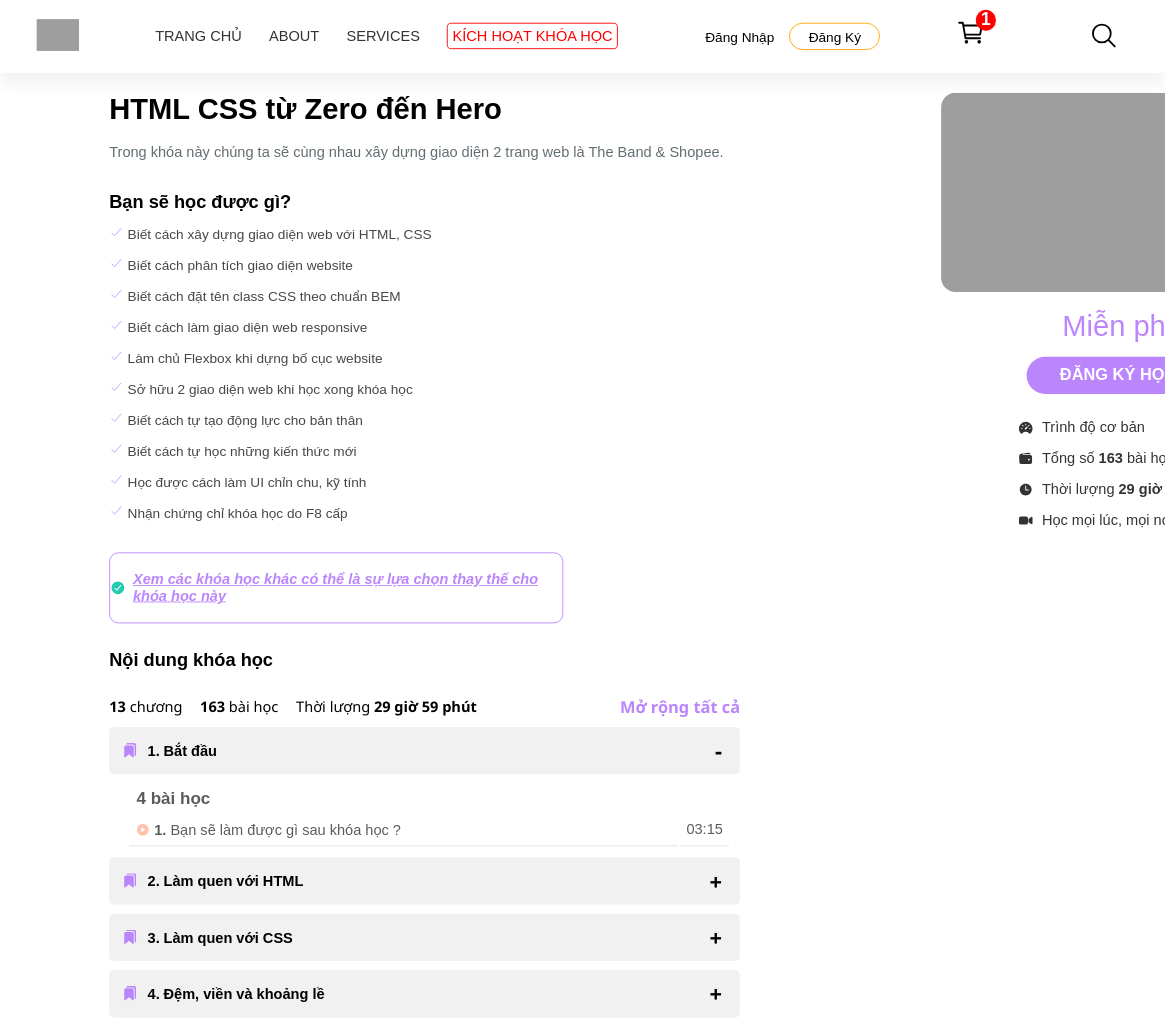
Repository: hoanghuuphuc/hoanghuuphuc
Page: details.html
The author's editor kept a copy of each file at every save. The page is drawn from the files as they stood at one save, then again after the next save.
The browser window is 1280 px wide. The pictures show the whole page, at 91% of full size.
Empty fields were first filled with sample values (such as "Sample", 5 or name@example.com).
After loading, the first visible `div.contentBx` was clicked once.
Pictures or frames that could not be fetched are drawn as grey boxes.

Above is the page before, as saved 2022-12-12 01:10:53.
Console error: TypeError: Cannot read properties of null (reading 'style')

### details.html
<!DOCTYPE html>
<html lang="en">
  <head>
    <meta charset="UTF-8" />
    <meta http-equiv="X-UA-Compatible" content="IE=edge" />
    <meta name="viewport" content="width=device-width, initial-scale=1.0" />
    <title>Product-Details</title>
    <link rel="stylesheet" href="./style.css" />
    <link rel="stylesheet" href="./rps_mobile.css" />
    <link rel="preconnect" href="https://fonts.gstatic.com" />
  </head>
  <body>
    <header>
      <div class="logo">
        <a href="">
          <img id="img" src="./Img/logene.jfif" alt="" />
        </a>
      </div>
      <div class="group">
        <ul class="navigation">
          <li><a href="">Trang Chủ</a></li>
          <li><a href="">About</a></li>
          <li><a href="">Services</a></li>
          <li><a id="active" href="">Kích Hoạt Khóa Học</a></li>
        </ul>
      </div>
      <div class="User">
        <div class="but">
          <button>Đăng Nhập</button>
          <button>Đăng Ký</button>
        </div>
      </div>
      <div class="icons">
        <ion-icon name="cart-outline"></ion-icon>
        <span>1</span>
      </div>
      <div class="search">
        <span class="icon">
          <ion-icon name="search-outline" class="searchBtn"></ion-icon>
          <ion-icon name="close-outline" class="closeBtn"></ion-icon>
        </span>
      </div>
      <ion-icon name="menu-outline" class="menuToggle"></ion-icon>
      <div class="searchBox">
        <input type="text" placeholder="Search here . . ." />
      </div>
    </header>
    <div class="details-section">
      <div class="details-left">
        <div class="details-left-name">
          <h1>HTML CSS từ Zero đến Hero</h1>
          <span
            >Trong khóa này chúng ta sẽ cùng nhau xây dựng giao diện 2 trang web
            là The Band & Shopee.</span
          >
        </div>
        <span class="bonus">Bạn sẽ học được gì?</span>
        <div class="details-left-content">
          <ul>
            <li>
              <ion-icon name="checkmark-outline"></ion-icon>
              Biết cách xây dựng giao diện web với HTML, CSS
            </li>
            <li>
              <ion-icon name="checkmark-outline"></ion-icon>
              Biết cách phân tích giao diện website
            </li>
            <li>
              <ion-icon name="checkmark-outline"></ion-icon>
              Biết cách đặt tên class CSS theo chuẩn BEM
            </li>
            <li>
              <ion-icon name="checkmark-outline"></ion-icon>
              Biết cách làm giao diện web responsive
            </li>
            <li>
              <ion-icon name="checkmark-outline"></ion-icon>
              Làm chủ Flexbox khi dựng bố cục website
            </li>
          </ul>
          <ul>
            <li>
              <ion-icon name="checkmark-outline"></ion-icon>
              Sở hữu 2 giao diện web khi học xong khóa học
            </li>
            <li>
              <ion-icon name="checkmark-outline"></ion-icon>
              Biết cách tự tạo động lực cho bản thân
            </li>
            <li>
              <ion-icon name="checkmark-outline"></ion-icon>
              Biết cách tự học những kiến thức mới
            </li>
            <li>
              <ion-icon name="checkmark-outline"></ion-icon>
              Học được cách làm UI chỉn chu, kỹ tính
            </li>
            <li>
              <ion-icon name="checkmark-outline"></ion-icon>
              Nhận chứng chỉ khóa học do F8 cấp
            </li>
          </ul>
        </div>
        <div class="details-left-tag">
          <ion-icon name="checkmark-circle"></ion-icon>
          <a href="#">
            Xem các khóa học khác có thể là sự lựa chọn thay thế cho khóa học
            này
          </a>
        </div>
        <span class="cont">Nội dung khóa học</span>
        <div class="details-left-content-2">
          <div class="details-left-content-header1">
            <span class="sp"><strong>13</strong> chương</span>
            <span class="sp"><strong>163</strong> bài học</span>
            <span class="sp">Thời lượng <strong>29 giờ 59 phút</strong></span>
          </div>
          <div class="details-left-content-header2">
            <span class="all">Mở rộng tất cả</span>
          </div>
        </div>
        <div class="accordion">
          <div class="contentBx">
            <div class="accordion-label">
              <ion-icon name="bookmarks"></ion-icon>
              <strong>1.</strong>
              <span>Bắt đầu</span>
            </div>
            <div class="accordion-content">
              <div class="accordion-content">
                <h3 style="padding: 15px 10px 5px 10px">4 bài học</h3>
                <table>
                  <tr>
                    <td>
                      <ion-icon name="play-circle"></ion-icon>
                      <span
                        ><strong>1. </strong>Bạn sẽ làm được gì sau khóa học
                        ?</span
                      >
                    </td>
                    <td>03:15</td>
                  </tr>
                </table>
              </div>
            </div>
          </div>
          <div class="contentBx">
            <div class="accordion-label">
              <ion-icon name="bookmarks"></ion-icon>
              <strong>2.</strong>
              <span>Làm quen với HTML</span>
            </div>
            <div class="accordion-content">
              <div class="accordion-content">
                <h3 style="padding: 5px 10px">13 bài học</h3>
                <table>
                  <tr>
                    <td>
                      <ion-icon name="play-circle"></ion-icon>
                      <span
                        ><strong>1. </strong>Bạn sẽ làm được gì sau khóa học
                        ?</span
                      >
                    </td>
                    <td>06:20</td>
                  </tr>
                </table>
              </div>
            </div>
          </div>
          <div class="contentBx">
            <div class="accordion-label">
              <ion-icon name="bookmarks"></ion-icon>
              <strong>3.</strong>
              <span>Làm quen với CSS</span>
            </div>
            <div class="accordion-content">
              <div class="accordion-content">
                <h3 style="padding: 5px 10px">27 bài học</h3>
                <table>
                  <tr>
                    <td>
                      <ion-icon name="play-circle"></ion-icon>
                      <span
                        ><strong>1. </strong>Bạn sẽ làm được gì sau khóa học
                        ?</span
                      >
                    </td>
                    <td>07:13</td>
                  </tr>
                </table>
              </div>
            </div>
          </div>
          <div class="contentBx">
            <div class="accordion-label">
              <ion-icon name="bookmarks"></ion-icon>
              <strong>4.</strong>
              <span>Đệm, viền và khoảng lề</span>
            </div>
            <div class="accordion-content">
              <div class="accordion-content">
                <h3 style="padding: 5px 10px">9 bài học</h3>
                <table>
                  <tr>
                    <td>
                      <ion-icon name="play-circle"></ion-icon>
                      <span
                        ><strong>1. </strong>Bạn sẽ làm được gì sau khóa học
                        ?</span
                      >
                    </td>
                    <td>06:20</td>
                  </tr>
                </table>
              </div>
            </div>
          </div>
        </div>
      </div>
      <div class="details-right">
        <div class="details-right-video">
          <iframe
            width="389"
            height="219"
            src="https://www.youtube.com/embed/YTDHcEJs684"
            title="YouTube video player"
            frameborder="0"
            allow="accelerometer; autoplay; clipboard-write; encrypted-media; gyroscope; picture-in-picture"
            allowfullscreen></iframe>
        </div>
        <div class="details-right-content1">
          <span>Miễn phí</span>
          <button>ĐĂNG KÝ HỌC</button>
        </div>
        <div class="details-right-content2">
          <ul>
            <li>
              <ion-icon name="speedometer"></ion-icon>
              <span>Trình độ cơ bản</span>
            </li>
            <li>
              <ion-icon name="wallet"></ion-icon>
              <span>Tổng số <strong>163</strong> bài học</span>
            </li>
            <li>
              <ion-icon name="time"></ion-icon>
              <span>Thời lượng <strong>29 giờ 59 phút</strong></span>
            </li>
            <li>
              <ion-icon name="videocam"></ion-icon>
              <span> Học mọi lúc, mọi nơi </span>
            </li>
          </ul>
        </div>
      </div>
    </div>

    <script src="./app.js"></script>
    <script
      type="module"
      src="https://unpkg.com/ionicons@5.5.2/dist/ionicons/ionicons.esm.js"></script>
    <script
      nomodule
      src="https://unpkg.com/ionicons@5.5.2/dist/ionicons/ionicons.js"></script>
  </body>
</html>

### app.js
let searchBtn = document.querySelector(".searchBtn");
let closeBtn = document.querySelector(".closeBtn");
let searchBox = document.querySelector(".searchBox");
let navigation = document.querySelector(".navigation");
let menuToggle = document.querySelector(".menuToggle");
let header = document.querySelector("header");
searchBtn.onclick = function () {
  searchBox.classList.add("active");
  closeBtn.classList.add("active");
  searchBtn.classList.add("active");
  menuToggle.classList.add("hide");
  header.classList.remove("open");
};
closeBtn.onclick = function () {
  searchBox.classList.remove("active");
  closeBtn.classList.remove("active");
  searchBtn.classList.remove("active");
  menuToggle.classList.remove("hide");
};
menuToggle.onclick = function () {
  header.classList.toggle("open");
  searchBox.classList.remove("active");
  closeBtn.classList.remove("active");
  searchBtn.classList.remove("active");
};
const $ = document.querySelector.bind(document);
const $$ = document.querySelectorAll.bind(document);

const tabs = $$(".tab-item");
const panes = $$(".tab-pane");

const tabActive = $(".tab-item.active");
const line = $(".tabs .line");

// SonDN fixed - Active size wrong size on first load.
// Original post: https://www.facebook.com/groups/649972919142215/?multi_permalinks=1175881616551340
requestIdleCallback(function () {
  line.style.left = tabActive.offsetLeft + "px";
  line.style.width = tabActive.offsetWidth + "px";
});

tabs.forEach((tab, index) => {
  const pane = panes[index];

  tab.onclick = function () {
    $(".tab-item.active").classList.remove("active");
    $(".tab-pane.active").classList.remove("active");

    line.style.left = this.offsetLeft + "px";
    line.style.width = this.offsetWidth + "px";

    this.classList.add("active");
    pane.classList.add("active");
  };
});
const accordion = document.getElementsByClassName("contentBx");
for (i = 0; i < accordion.length; i++) {
  accordion[i].addEventListener("click", function () {
    this.classList.toggle("active");
  });
}

Loaded but not shown: style.css (880 lines, source omitted); css/rps_mobile.css (no copy from this time; the picture is the same without it)

After the next save:
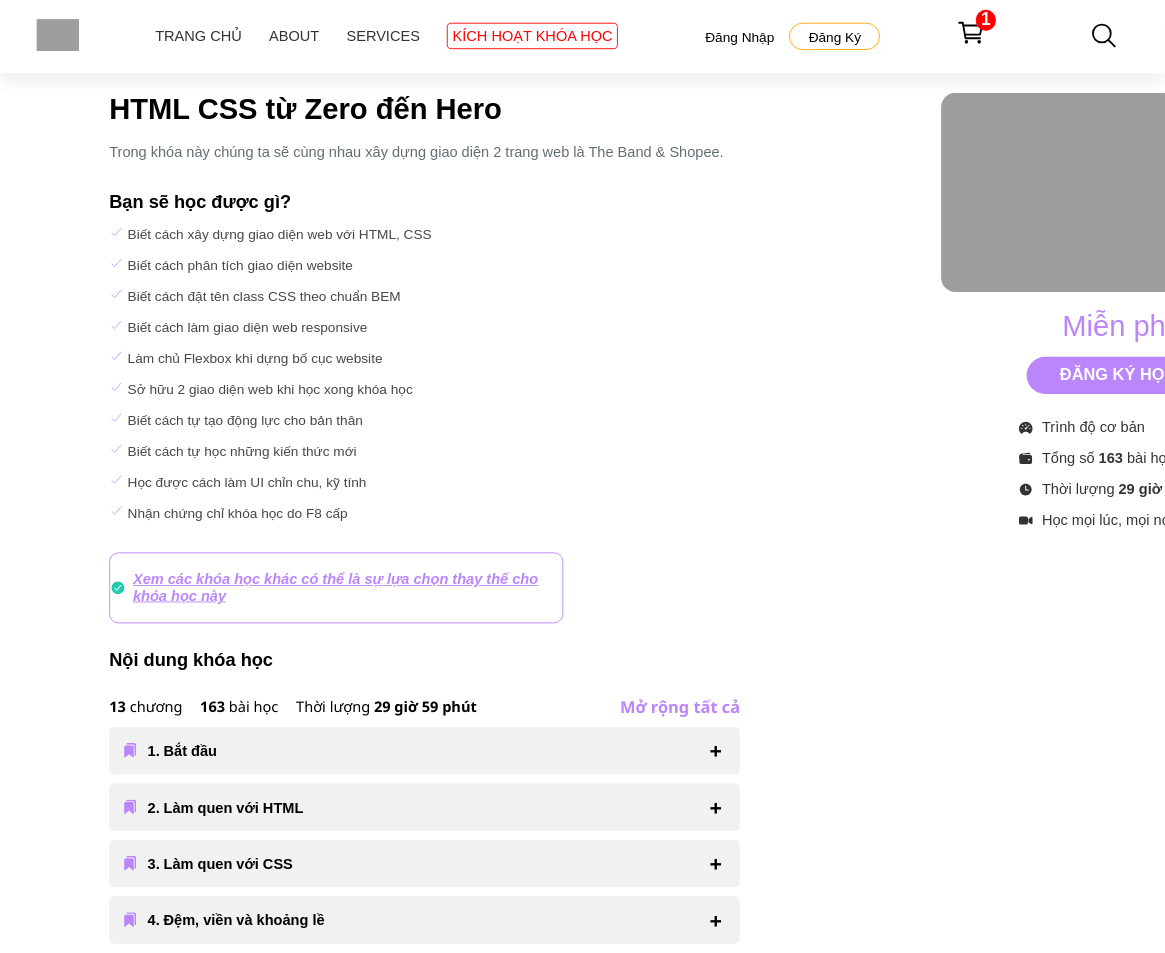
Saved 49 s later.
--- a/app.js
+++ b/app.js
@@ -59,3 +59,9 @@ for (i = 0; i < accordion.length; i++) {
     this.classList.toggle("active");
   });
 }
+const all = document.getElementsByClassName("all");
+for (i = 0; i < accordion.length; i++) {
+  accordion[i].addEventListener("click", function () {
+    this.classList.toggle("active");
+  });
+}

After the save that followed:
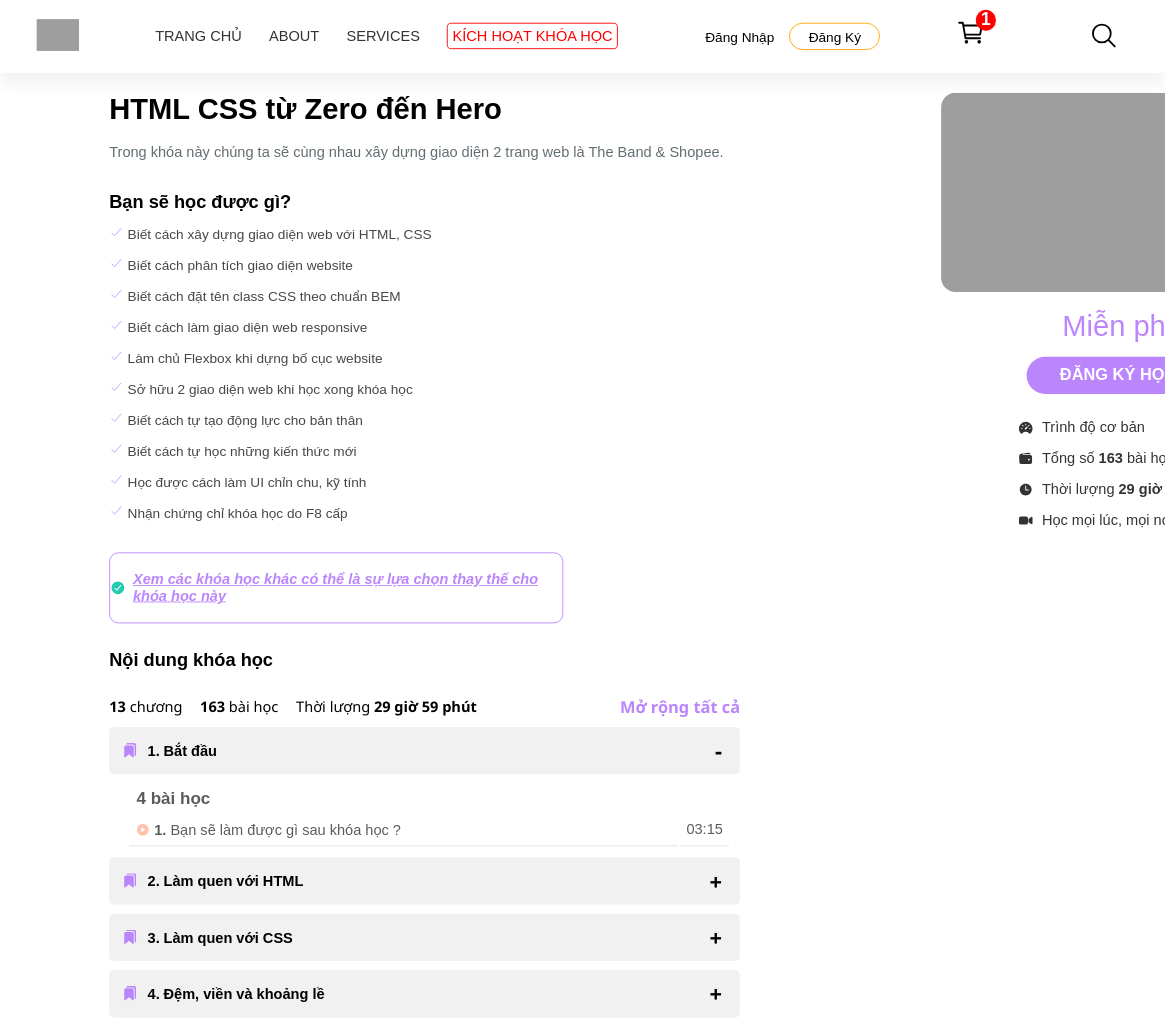
Saved 15 s later.
--- a/app.js
+++ b/app.js
@@ -60,8 +60,8 @@ for (i = 0; i < accordion.length; i++) {
   });
 }
 const all = document.getElementsByClassName("all");
-for (i = 0; i < accordion.length; i++) {
-  accordion[i].addEventListener("click", function () {
-    this.classList.toggle("active");
+for (i = 0; i < all.length; i++) {
+  all[i].addEventListener("click", function () {
+    this.classList.toggle("active-1");
   });
 }
